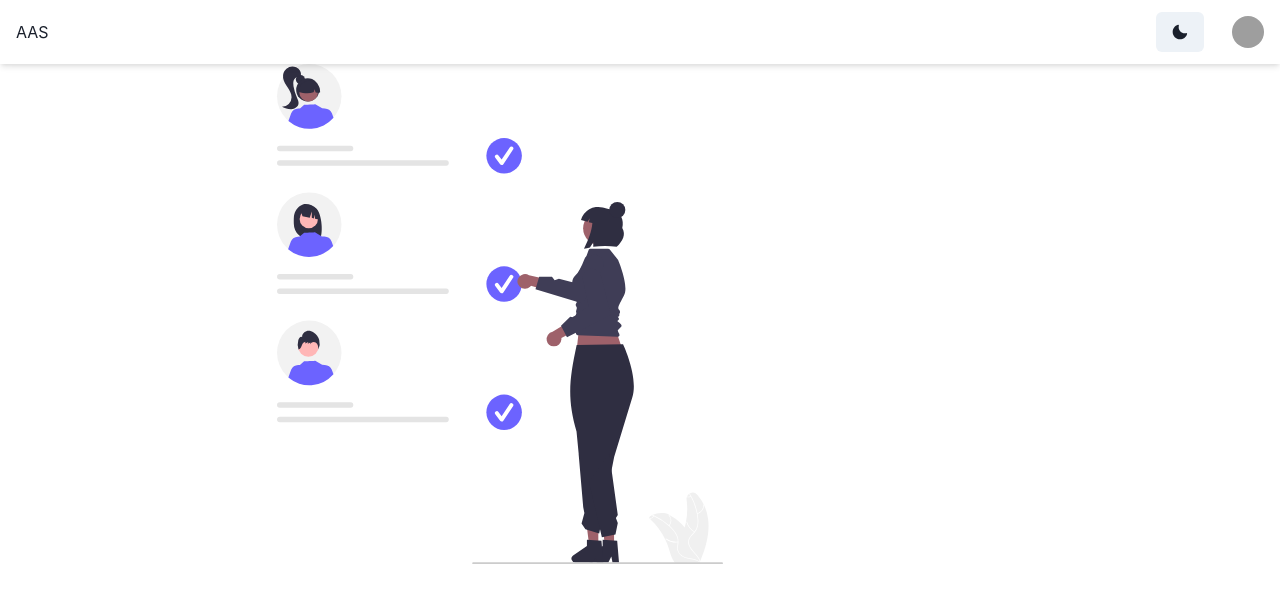
Repository: shash0708/attendence
Page: /
These files come from the project's save history. The page is drawn as it stood at one moment and after a run of saves; the edit follows.
The browser window is 1280 px wide. The pictures show the whole page.
Pictures or frames that could not be fetched are drawn as grey boxes. The project was rebuilt for these pictures with package versions that can differ from the ones it lists, and the page was loaded fresh each time. Also part of the build but not shown: src/App.css, src/components/Login/Login.component.jsx, src/components/Signup/Signup.component.jsx, src/routes/Authentication/Authentication.component.jsx.

Above is the page before, as saved 2024-04-06 19:11:46.

After the next 2 saves:
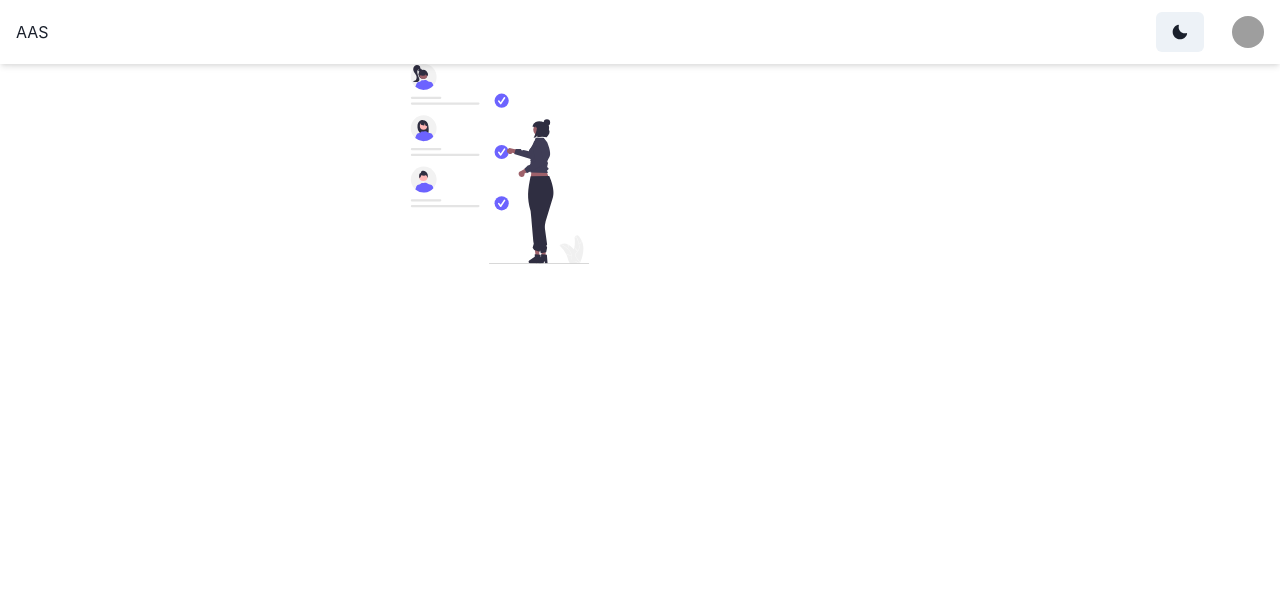
The 2 saves are shown as one change because they came seconds apart.
The last was saved 7 s later.
--- a/src/components/homeProp/HomeProp.styles.scss
+++ b/src/components/homeProp/HomeProp.styles.scss
@@ -1,5 +1,5 @@
 // Use variables to style your logo
 .home-prop{
   width: 1000px;
-  height: 500px;  // Add other styling properties as needed
+  height: 200px;  // Add other styling properties as needed
 }
